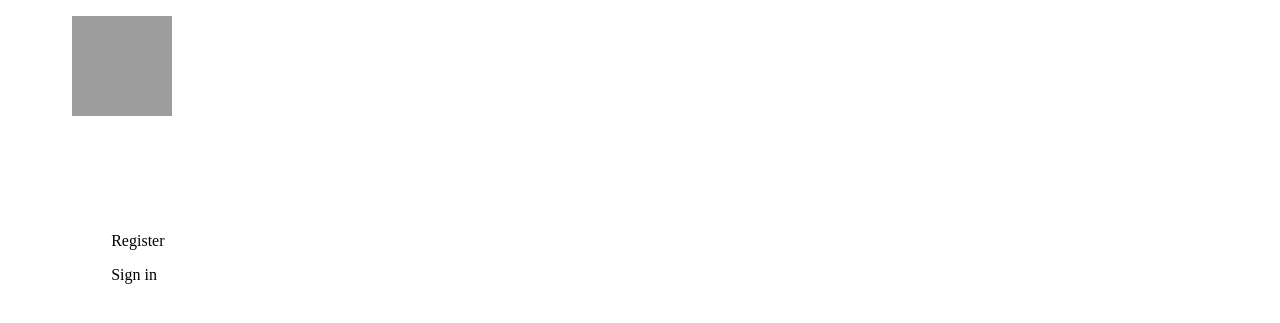
Repository: cb007/cbRepository
Page: http://localhost/SpringMvc/
An editor plug-in stored every save of this project. The page is shown before and after the next save, followed by the edit.
The browser window is 1280 px wide. The pictures show the whole page.
Pictures or frames that could not be fetched are drawn as grey boxes. The page is served by Tomcat 9. Other server files are loaded and not shown.

Above is the page before, as saved 2017-02-23 11:55:08.

### spring-hibernate/SpringMvc/WebContent/index.jsp
<%@ page language="java" contentType="text/html; charset=ISO-8859-1"
    pageEncoding="ISO-8859-1"%>
<!DOCTYPE html>
<html>
<head>
<meta http-equiv="Content-Type" content="text/html; charset=ISO-8859-1">
<title>Welcome To The World Of Banking</title>
<link type="text/css" rel="stylesheet" href="styles/main.css">
</head>
<body>
<section>
<img src="images/Standard_Chartered.svg">
</section>
<div>
<p>${message}</p>
</div>
<section class="menu">
<ul>Register</ul>
<ul>Sign in</ul>
</section>
</body>
</html>

### spring-hibernate/SpringMvc/WebContent/WEB-INF/dispatcher-servlet.xml
<beans xmlns="http://www.springframework.org/schema/beans"
 xmlns:xsi="http://www.w3.org/2001/XMLSchema-instance"
  xmlns:mvc="http://www.springframework.org/schema/mvc"
  xmlns:context="http://www.springframework.org/schema/context"
  xmlns:tx="http://www.springframework.org/schema/tx"
  xsi:schemaLocation="http://www.springframework.org/schema/mvc
   http://www.springframework.org/schema/mvc/spring-mvc-3.0.xsd
        http://www.springframework.org/schema/beans
         http://www.springframework.org/schema/beans/spring-beans.xsd
        http://www.springframework.org/schema/tx
         http://www.springframework.org/schema/tx/spring-tx-3.0.xsd
        http://www.springframework.org/schema/context
         http://www.springframework.org/schema/context/spring-context-3.0.xsd">

 <mvc:annotation-driven/>
 <mvc:resources location="/images/" mapping="/images/**"/>
 <mvc:resources location="/styles/" mapping="/styles/**"/>
 <context:annotation-config></context:annotation-config>
 <context:component-scan base-package="com.scope.banking"></context:component-scan>

 <!-- view resolver /WEB-INF -->
 <bean class="org.springframework.web.servlet.view.InternalResourceViewResolver">
 	<property name="suffix" value=".jsp"></property>
 </bean>

</beans>

### spring-hibernate/SpringMvc/WebContent/styles/main.css
section
{
	width:10%;
	height:50px;
	margin-left: 5%;

	float:left;
}
div
{
	width:80%;
	height:200px;
	margin-left: 15%;

}
p
{
	margin-left: 25%;
}
img
{
	width:100px;
	height:100px;
	margin-left: 1%;
}
menu
{
	width:80%;
	height:200px;
	margin-left: 15%;
}

### spring-hibernate/SpringMvc/src/com/scope/banking/controller/WelcomeController.java
package com.scope.banking.controller;

import org.springframework.stereotype.Controller;
import org.springframework.ui.ModelMap;
import org.springframework.web.bind.annotation.RequestMapping;
import org.springframework.web.bind.annotation.RequestMethod;

@Controller
public class WelcomeController {
	@RequestMapping(value="/welcome", method=RequestMethod.GET)
	public String welcomeMessage(ModelMap model){
		System.out.println("/welcome");
		model.addAttribute("message", "Welcome to Retail Workbench");
		return "index";

	}

	@RequestMapping(value="/product", method=RequestMethod.GET)
	public String happyMessage(ModelMap model){
		System.out.println("/product");
		model.addAttribute("message", "Thanks for applying products");
		return "product";

	}
}

After the next save:
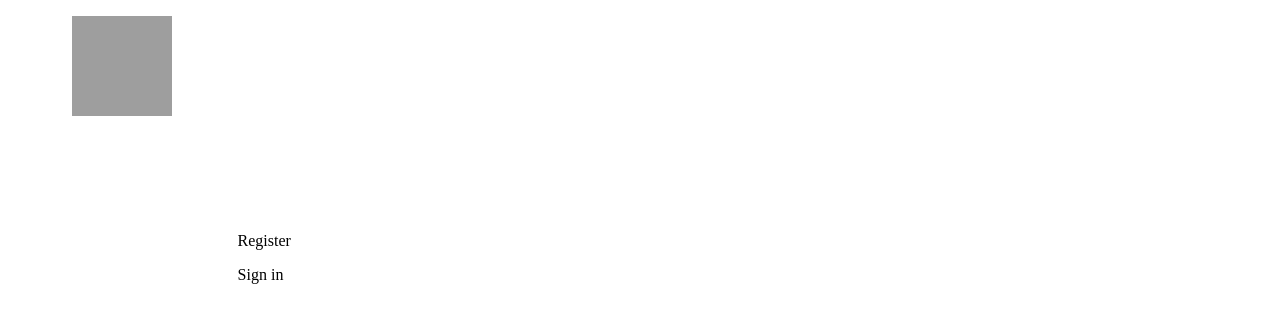
Saved 44 s later.
--- a/spring-hibernate/SpringMvc/WebContent/styles/main.css
+++ b/spring-hibernate/SpringMvc/WebContent/styles/main.css
@@ -23,7 +23,7 @@
 	height:100px;
 	margin-left: 1%;
 }
-menu
+.menu
 {
 	width:80%;
 	height:200px;
